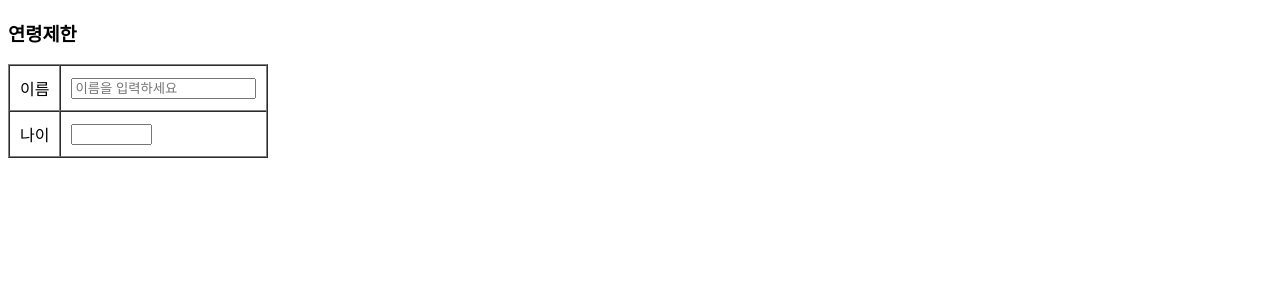
Repository: jihyunah/Java_EE
Page: workspace/testServlet/src/main/webapp/param.html
The author's editor kept a copy of each file at every save. The page is drawn from the files as they stood at one save, then again after the next save.
The browser window is 1280 px wide. The pictures show the whole page.

Above is the page before, as saved 2023-02-22 06:02:56.

### workspace/testServlet/src/main/webapp/param.html
<!DOCTYPE html>
<html>
<head>
<meta charset="UTF-8">
<title>Insert title here</title>
</head>
<body>
	<h3>연령제한</h3>

<table border="1" cellpadding="10" cellspacing="0">
	<tr>
		<td>이름 </td>
		<td><input type="text" name="name" placeholder="이름을 입력하세요 "></td>
	</tr>

	<tr>
		<td>나이 </td>
		<td><input type="text" name="age" size="7" maxlength="3"></td>
	</tr>

	</table>
</body>
</html>

After the next save:
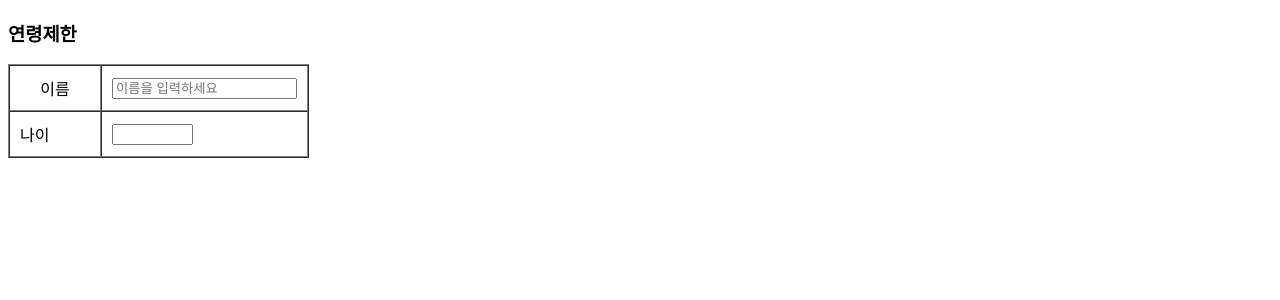
Saved 7 min 58 s later.
--- a/workspace/testServlet/src/main/webapp/param.html
+++ b/workspace/testServlet/src/main/webapp/param.html
@@ -9,7 +9,7 @@
 
 <table border="1" cellpadding="10" cellspacing="0">
 	<tr>
-		<td>이름 </td>
+		<td width="70" align="center">이름 </td>
 		<td><input type="text" name="name" placeholder="이름을 입력하세요 "></td>
 	</tr>
 
